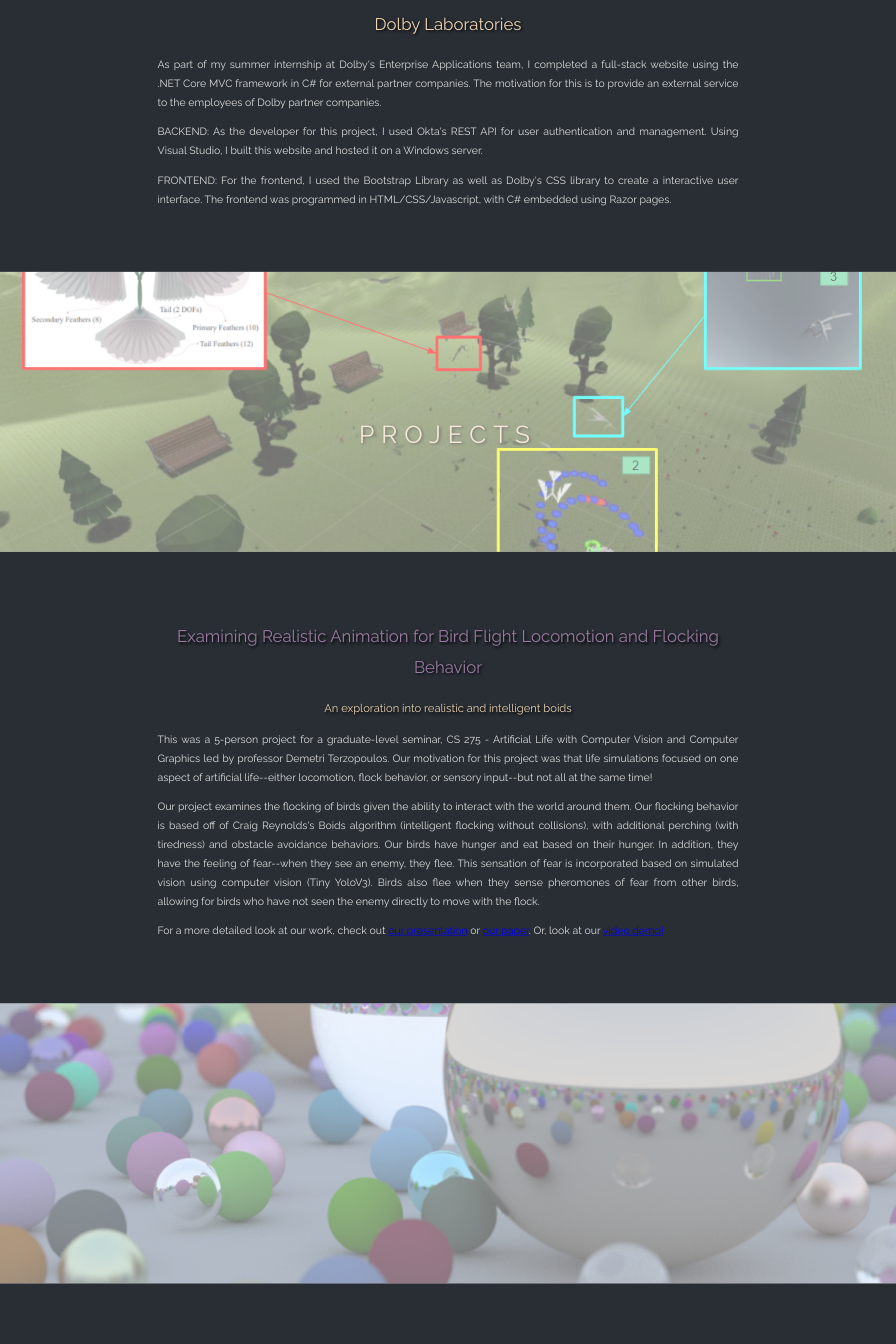
Repository: aliyuanh/me
Page: index.html
The author's editor kept a copy of each file at every save. The page is drawn from the files as they stood at one save, then again after the next save.
The browser window is 1280 px wide. The pictures show the part of the page from y = 2268 to 4188 px (the page is 6379 px tall), at 70% of full size.
Backgrounds fixed to the window are drawn as part of the page.

Above is the page before, as saved 2020-09-17 14:10:25.

### index.html
<!DOCTYPE html>
<html>

<head>
    <link href="https://fonts.googleapis.com/css2?family=Raleway:ital,wght@0,100;0,400;1,400;1,500&display=swap" rel="stylesheet">
    <meta name="viewport" content="width=device-width, initial-scale=1">
    <style>
         :root {
            --oxford-blue: #0b132bff;
            --space-cadet: #1c2541ff;
            --cadet-blue: #4da1a9ff;
            --wheat: #edd4b2ff;
            --mountbatten-pink: #9a7aa0ff;
        }

        body,
        html {
            height: 100%;
            margin: 0;
            font: 400 15px/1.8 "Raleway", sans-serif;
            color: #777;
            scroll-behavior: smooth;
        }

        .bgimg-1,
        .bgimg-2,
        .bgimg-3,
        .bgimg-boids,
        .bgimg-raytracer,
        .bgimg-3d4e {
            position: relative;
            opacity: 0.55;
            background-attachment: fixed;
            background-position: center;
            background-repeat: no-repeat;
            background-size: cover;
        }

        .bgimg-1 {
            background-image: url("img/tokyo.jpg");
            min-height: 100%;
        }

        .bgimg-2 {
            background-image: url("img/imagineering.jpg");
            min-height: 400px;
        }

        .bgimg-3 {
            background-image: url("img/dolby.jpg");
            min-height: 400px;
        }

        .bgimg-boids {
            background-image: url("img/boids.png");
            min-height: 400px;
        }

        .bgimg-raytracer {
            background-image: url("img/raytracer.png");
            min-height: 400px;
        }

        .bgimg-3d4e {
            background-image: url("img/table3D4E.JPG");
            min-height: 400px;
        }

        .caption {
            position: absolute;
            left: 0;
            top: 50%;
            width: 100%;
            text-align: center;
            color: #000;
        }

        .caption span.border {
            background-color: var(--oxford-blue);
            color: var(--wheat);
            padding: 18px;
            font-size: 25px;
            letter-spacing: 10px;
        }

        h3 {
            letter-spacing: 5px;
            text-transform: uppercase;
            font: 20px "Raleway", sans-serif;
            color: #111;
        }
        /* Turn off parallax scrolling for tablets and phones */

        .toResume {
            top: 10%;
            width: 100%;
            right: 10%;
            text-align: right;
            color: #000;
            position: absolute;
        }

        .resumeButton {
            background-color: var(--space-cadet);
            color: var(--wheat);
            padding: 18px;
            font-size: 16px;
            letter-spacing: 6px;
        }

        .headers {
            padding: 18px;
            font-size: 25px;
            letter-spacing: 10px;
            background-color: transparent;
            font-size: 35px;
            color: var(--wheat);
            text-shadow: 2px 2px 4px #000;
        }

        .blockForText {
            color: #ddd;
            background-color: #282E34;
            text-align: center;
            padding: 5em 15em;
            text-align: justify;
        }

        .titleForBlock {
            color: var(--wheat);
            background-color: transparent;
            text-align: center;
            top: 1em;
            font-size: x-large;
            text-shadow: 2px 2px 4px #000;
        }

        .toSections {
            color: var(--mountbatten-pink);
            background-color: var(--space-cadet);
            width: fit-content;
            padding: 1em;
            text-decoration: none;
            text-shadow: 2px 2px 4px #000;
        }

        @media only screen and (max-device-width: 1024px) {
            .bgimg-1,
            .bgimg-2,
            .bgimg-3 {
                background-attachment: scroll;
            }
        }
        /* CSS HEX */
    </style>
</head>

<body>

    <div class="bgimg-1">
        <div class="toResume">
            <a class="resumeButton" href="https://drive.google.com/file/d/1WPi9M0jbwAtVQjWsxIvFWxaKqeurGUjf/view?usp=sharing">RESUME</a>
        </div>
        <div class="caption">
            <span class="border">AMANDA HAN</span>
        </div>
        <div class="caption" style="top:60%;">
            <div class="border" style="margin:auto;">
                <a href="#professional" class="toSections">professional</a>
                <a href="#projects" class="toSections">projects</a>
                <a href="#personal" class="toSections">personal</a>
            </div>
        </div>
    </div>

    <div class="blockForText" style="color: #777;background-color:white;">
        <h3 style="text-align:center;">Hi! I'm Amanda.</h3>
        <p> I'm a software developer interested in computer graphics and computer vision. Right now, I'm a junior Computer Science major at UCLA (go Bruins!). If you want to take a look at my coding projects, check out <a href="https://github.com/aliyuanh">my Github</a>.
            And, if you want to connect then message me on <a href="https://www.linkedin.com/in/aliyuanh/">LinkedIn</a>.
        </p>
    </div>

    <div class="bgimg-2" id="professional">
        <div class="caption">
            <span class="headers">PROFESSIONAL EXPERIENCE</span>
        </div>
    </div>

    <div style="position:relative;">
        <div class="blockForText">
            <p class="titleForBlock">Walt Disney Imagineering</p>
            <p>The winter quarter of my sophomore year (Jan 2020-Apr 2020), I was a software development intern in Imagineering's Tech Studio. At Imagineering, I worked on a variety of projects including a CGI/CAD webtool (details under NDA).
            </p>
            <p>
                Technologies used: .NET Core, Azure App Service, Snowflake, Python, REST APIs, 3D APIs
            </p>
        </div>
    </div>

    <div class="bgimg-3">
        <div class="caption">
            <span class="border" style="background-color:transparent;font-size:25px;color: #f7f7f7;"></span>
        </div>
    </div>

    <div style="position:relative;">
        <div class="blockForText">
            <p class="titleForBlock">Dolby Laboratories</p>
            <p>As part of my summer internship at Dolby's Enterprise Applications team, I completed a full-stack website using the .NET Core MVC framework in C# for external partner companies. The motivation for this is to provide an external service to
                the employees of Dolby partner companies.
            </p>
            <p>
                BACKEND: As the developer for this project, I used Okta's REST API for user authentication and management. Using Visual Studio, I built this website and hosted it on a Windows server.
            </p>
            <p>
                FRONTEND: For the frontend, I used the Bootstrap Library as well as Dolby's CSS library to create a interactive user interface. The frontend was programmed in HTML/CSS/Javascript, with C# embedded using Razor pages.
            </p>
        </div>
    </div>

    <div class="bgimg-boids" id="projects">
        <div class="caption">
            <span class="headers">PROJECTS</span>
        </div>
    </div>

    <div style="position:relative;">
        <div class="blockForText">
            <p class="titleForBlock" style="color:var(--mountbatten-pink)">Examining Realistic Animation for Bird Flight Locomotion and Flocking Behavior </p>
            <p class="titleForBlock" style="font-size:medium; top: 1em;"> An exploration into realistic and intelligent boids</p>
            <p>This was a 5-person project for a graduate-level seminar, CS 275 - Artificial Life with Computer Vision and Computer Graphics led by professor Demetri Terzopoulos. Our motivation for this project was that life simulations focused on one aspect
                of artificial life--either locomotion, flock behavior, or sensory input--but not all at the same time!
            </p>
            <p>Our project examines the flocking of birds given the ability to interact with the world around them. Our flocking behavior is based off of Craig Reynolds's Boids algorithm (intelligent flocking without collisions), with additional perching
                (with tiredness) and obstacle avoidance behaviors. Our birds have hunger and eat based on their hunger. In addition, they have the feeling of fear--when they see an enemy, they flee. This sensation of fear is incorporated based on simulated
                vision using computer vision (Tiny YoloV3). Birds also flee when they sense pheromones of fear from other birds, allowing for birds who have not seen the enemy directly to move with the flock.
            </p>
            <p>For a more detailed look at our work, check out <a href="https://drive.google.com/file/d/1roD6f6O2y-D9oC9Y6kRLfV5ygv2Oxyie/view?usp=sharing">our presentation</a> or <a href="https://drive.google.com/file/d/1EKCrtCoSiOdHSjfQbJRRv11yyhfx--Px/view?usp=sharing">our paper</a>.
                Or, look at our <a href="https://drive.google.com/file/d/12JEu3iI_67wFTZNxgG1uEgkiTlGqgM8I/view?usp=sharing">video demo!</a>
            </p>
        </div>
    </div>

    <div class="bgimg-raytracer">
        <div class="caption">
            <span class="headers"></span>
        </div>
    </div>
    <div style="position:relative;">
        <div class="blockForText">
            <p class="titleForBlock" style="color:var(--mountbatten-pink)">Raytracer</p>
            <p>This is a basic pathtracer for diffuse, glass, and metal materials with a positionable camera! Currently being developed in C++. Based on the guide from Peter Shirley.</p>
            <p>Planned Progress:</p>
            <ol>
                <li>Multithreading</li>
                <li>Directional lights</li>
                <li>Ellipses</li>
                <li>Image Denoising using ML in Python (inspired by ACM Siggraph's Machine Learning and Neural Networks course)</li>
            </ol>
        </div>
    </div>


    <div class="bgimg-3d4e" id="personal">
        <div class="caption">
            <span class="headers">Personal</span>
        </div>
    </div>
    <div style="position:relative;">
        <div class="blockForText">
            <p class="titleForBlock" style="color:var(--mountbatten-pink)">3D4E</p>
            <p>In my free time, I'm the Vice President of 3D4E@UCLA (3D Printing for Everyone). Projects I've worked on include:</p>
            <ol>
                <li>Musical Instruments (recorder, tambourine)</li>
                <li>Hexaglow - a 3D printed, motion activated glove</li>
                <li>D-bot - an open source 3D printed 3D printer</li>
            </ol>
            <p>As Vice President, I deal with all the administrative details and recruitment, as well as leading some workshops on 3D modeling and printing.</p>
            <p>I've also co-led the initiative with AIRES (AI Ethics Society @ UCLA) to 3D print face shields (PPE) for local hospitals. </p>
            <p> Software I use for 3D modeling/3D printing includes:</p>
            <ol>
                <li>Fusion 360</li>
                <li>Autodesk Maya</li>
                <li>Zbrush (Core)</li>
                <li>MeshMixer</li>
                <li>Slicers (Cura, Simplify3D, PrusaSlicer)</li>
            </ol>
        </div>
    </div>

    <div class="bgimg-1">
        <div class="caption">
            <span class="border"><a href="mailto: aliyuanh@ucla.edu" style="color:#ddd ">Email me!</a></span>
        </div>
    </div>

</body>

</html>

After the next save:
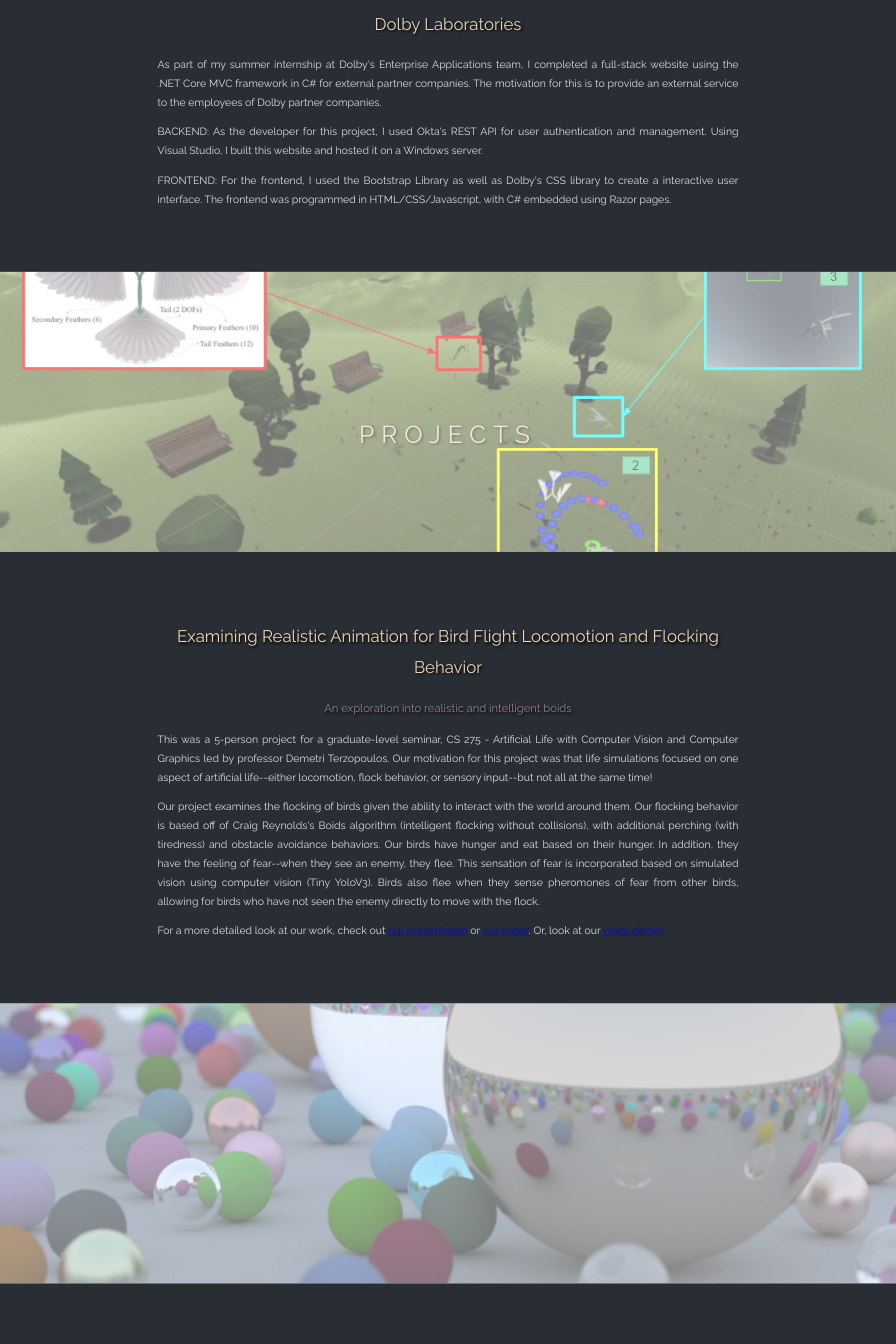
Saved 20 s later.
--- a/index.html
+++ b/index.html
@@ -226,8 +226,8 @@
 
     <div style="position:relative;">
         <div class="blockForText">
-            <p class="titleForBlock" style="color:var(--mountbatten-pink)">Examining Realistic Animation for Bird Flight Locomotion and Flocking Behavior </p>
-            <p class="titleForBlock" style="font-size:medium; top: 1em;"> An exploration into realistic and intelligent boids</p>
+            <p class="titleForBlock">Examining Realistic Animation for Bird Flight Locomotion and Flocking Behavior </p>
+            <p class="titleForBlock" style="font-size:medium; top: 1em; color: var(--mountbatten-pink);"> An exploration into realistic and intelligent boids</p>
             <p>This was a 5-person project for a graduate-level seminar, CS 275 - Artificial Life with Computer Vision and Computer Graphics led by professor Demetri Terzopoulos. Our motivation for this project was that life simulations focused on one aspect
                 of artificial life--either locomotion, flock behavior, or sensory input--but not all at the same time!
             </p>
